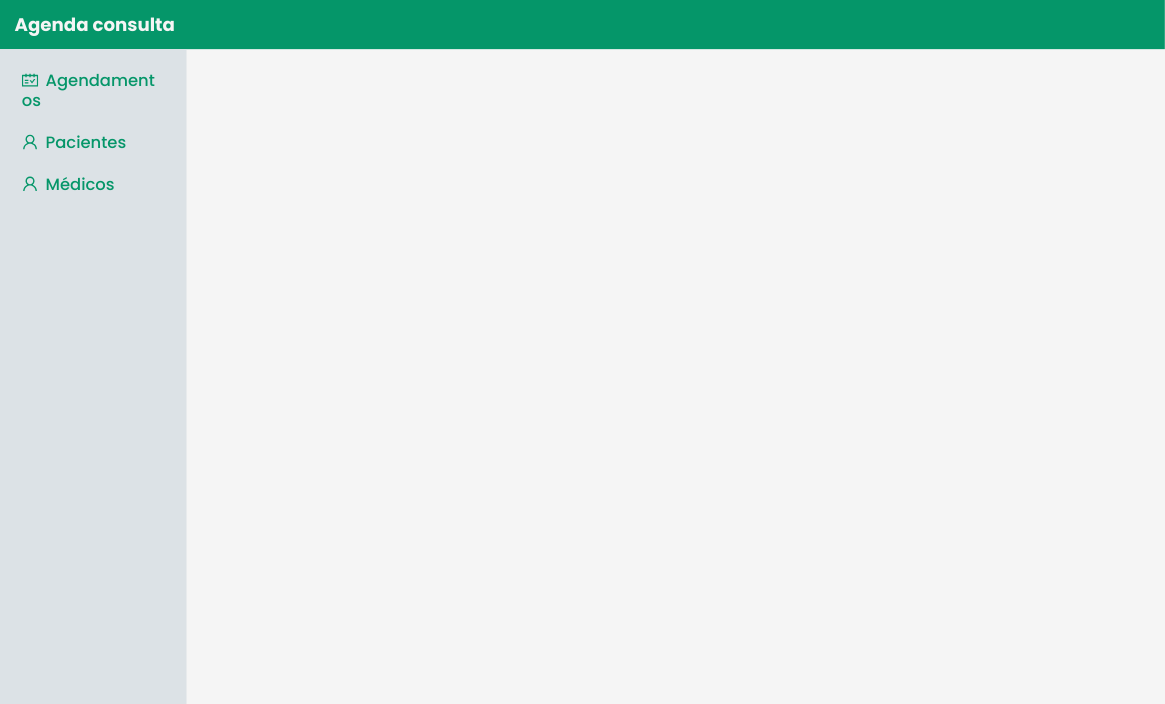
Repository: BarbaraCD/agendaconsulta
Page: /
An editor plug-in stored every save of this project. The page is shown before and after the next save, followed by the edit.
The browser window is 1280 px wide. The pictures show the whole page, at 91% of full size.
The project was rebuilt for these pictures with package versions that can differ from the ones it lists, and the page was loaded fresh each time. Also part of the build but not shown: vite.config.ts, src/styles/StyleList.ts, src/components/Doctors.tsx, src/services/ApiConfig.ts, src/services/doctor.services.ts, src/styles/InputContainer.ts, src/components/InputDoctors.tsx, src/components/SubmitButton.tsx and 10 more.

Above is the page before, as saved 2023-08-11 14:15:03.

### index.html
<!DOCTYPE html>
<html lang="en">
  <head>
    <meta charset="UTF-8" />
    <link rel="icon" type="image/svg+xml" href="/vite.svg" />
    <meta name="viewport" content="width=device-width, initial-scale=1.0" />

    <link rel="preconnect" href="https://fonts.googleapis.com">
    <link rel="preconnect" href="https://fonts.gstatic.com" crossorigin>
    <link href="https://fonts.googleapis.com/css2?family=Poppins:wght@400;500;700&display=swap" rel="stylesheet">

    <title>Agendamento de Consulta</title>
  </head>
  <body>
    <div id="root"></div>
    <script type="module" src="/src/main.tsx"></script>
  </body>
</html>

### src/main.tsx
/* eslint-disable @typescript-eslint/no-non-null-assertion */
import React from 'react'
import ReactDOM from 'react-dom/client'
import { ThemeProvider } from 'styled-components'
import GlobalStyle, { Container, Content } from './styles/global'
import { theme } from './styles/Theme.ts'
import App from './App.tsx'
import { Routes } from './routes/index.tsx'
import { Header } from './components/Header.tsx'
import { Provider } from 'react-redux'
import store from './store/index.ts'
import { BrowserRouter } from 'react-router-dom'

ReactDOM.createRoot(document.getElementById('root')!).render(
  <React.StrictMode>
    <Provider store={store}>
      <ThemeProvider theme={theme}>
        <GlobalStyle />
        <BrowserRouter>
          <Header />
          <Container>
            <App />
            <Content>
              <Routes />
            </Content>
          </Container>
        </BrowserRouter>
      </ThemeProvider>
    </Provider>
  </React.StrictMode>,
)

### src/styles/global.ts
import styled, { createGlobalStyle } from 'styled-components'

export default createGlobalStyle`
  *{
    margin: 0;
    padding: 0;
    box-sizing: border-box;

  }
  body{
    height: 100%;
    font-family: 'Poppins', sans-serif;
    background: ${(props) => props.theme.colors.white};
    font-size: ${(props) => props.theme.size.xl};
  }
`

export const Container = styled.div`
  display: flex;
`

export const SidebarGlobal = styled.div`
  width: 16%;
`

export const Content = styled.div`
  flex: 1;
  margin: 0 16px;
`

### src/styles/Theme.ts
export const theme = {
  colors: {
    primary: '#059669',
    head: '#059669B3',
    100: '#E4FFE1',

    sbcolor: '#DCE2E6',
    gray: '#41414D',
    black: '#000',
    white: '#f5f5f5',
  },

  size: {
    sm: '14px',
    md: '16px',
    lg: '18px',
    xl: '20px',
    xxl: '24px',
  },
}

### src/App.tsx
import { SidebarGlobal } from './styles/global'
import { Sidebar } from './components/Sidebar'

export default function App() {
  return (
    <SidebarGlobal>
      <Sidebar />
    </SidebarGlobal>
  )
}

### src/routes/index.tsx
import { AppRoutes } from './app.routes'

export function Routes() {
  return (
    <>
      <AppRoutes />
    </>
  )
}

### src/components/Header.tsx
import { styled } from 'styled-components'

const Container = styled.div`
  background-color: ${(props) => props.theme.colors.primary};
  padding: 12px 16px;
  flex: 1;
  min-width: 80px;
  color: ${(props) => props.theme.colors.white};
  font-weight: 700;
  a {
    text-decoration: none;
    color: ${(props) => props.theme.colors.white};
    word-break: normal;
  }
`

export function Header() {
  return (
    <Container>
      <a href="/">Agenda consulta</a>
    </Container>
  )
}

### src/store/index.ts
import { configureStore, ThunkAction, Action } from '@reduxjs/toolkit'
import appointmentReducer from '../features/appointments/appointmentsSlice'

const store = configureStore({
  reducer: {
    appointment: appointmentReducer,
  },
})

export type RootState = ReturnType<typeof store.getState>
export type AppThunk<ReturnType = void> = ThunkAction<
  ReturnType,
  RootState,
  unknown,
  Action<string>
>

export default store

### src/components/Sidebar.tsx
import { ScheduleOutlined, UserOutlined } from '@ant-design/icons'
import { StyledSidebar, StyledList } from '../styles/SidebarStyled'
import { Link } from 'react-router-dom'

export function Sidebar() {
  return (
    <StyledSidebar>
      <StyledList>
        <li>
          <ScheduleOutlined style={{ color: '#059669' }} />
          <Link to="/appointments/new">Agendamentos</Link>
        </li>
        <li>
          <UserOutlined style={{ color: '#059669' }} />
          <Link to="/patients">Pacientes</Link>
        </li>
        <li>
          <UserOutlined style={{ color: '#059669' }} />
          <Link to="/doctors">Médicos</Link>
        </li>
      </StyledList>
    </StyledSidebar>
  )
}

### src/routes/app.routes.tsx
import { Routes, Route } from 'react-router-dom'

import { CreateDoctor } from '../components/CreateDoctor'
import { CreatePatient } from '../components/CreatePatient'
import { App } from 'antd'
import { AppointmentsCalendar } from '../components/Calendar'
import { CreateAppointments } from '../components/Appointments'

export function AppRoutes() {
  return (
    <Routes>
      <Route path="/" element={<App />} />
      <Route path="/patients" element={<CreatePatient />} />
      <Route path="/doctors" element={<CreateDoctor />} />
      <Route path="/appointments/new" element={<CreateAppointments />} />
      <Route path="/appointments/:id/edit" element={<CreateAppointments />} />
      <Route path="/appointments/calendar" element={<AppointmentsCalendar />} />
    </Routes>
  )
}

### src/features/appointments/appointmentsSlice.ts
import { createSlice, PayloadAction, CaseReducer } from '@reduxjs/toolkit'
import { AppointmentsProps } from '../../components/Appointments'

interface AppointmentState {
  appointments: AppointmentsProps[]
}

const initialState: AppointmentState = {
  appointments: [],
}

const appointmentSlice = createSlice({
  name: 'appointment',
  initialState,
  reducers: {
    addAppointment: (state, action: PayloadAction<AppointmentsProps>) => {
      state.appointments.push(action.payload)
    },
  },
})

export const { addAppointment } = appointmentSlice.actions

export type AppointmentAction = ReturnType<
  CaseReducer<typeof appointmentSlice.reducer>
>

export default appointmentSlice.reducer

### src/styles/SidebarStyled.ts
import styled from 'styled-components'

export const StyledSidebar = styled.div`
  display: flex;
  flex-direction: column;
  background-color: ${(props) => props.theme.colors.sbcolor};
  color: ${(props) => props.theme.colors.black};
  font-size: ${(props) => props.theme.size.lg};
  font-weight: 500;
  justify-content: flex-start;
  align-items: flex-start;
  overflow: auto;
  height: 100vh;

  @media (max-width: 768px) {
    width: 100%;
    height: 500vh;
  }
`

export const StyledList = styled.ul`
  list-style: none;
  padding: 12px;

  li {
    cursor: pointer;
    padding: 12px;
    line-height: 22px;
  }

  a {
    text-decoration: none;
    color: ${(props) => props.theme.colors.primary};
    margin: 8px;
    word-break: break-all;
  }
`

After the next save:
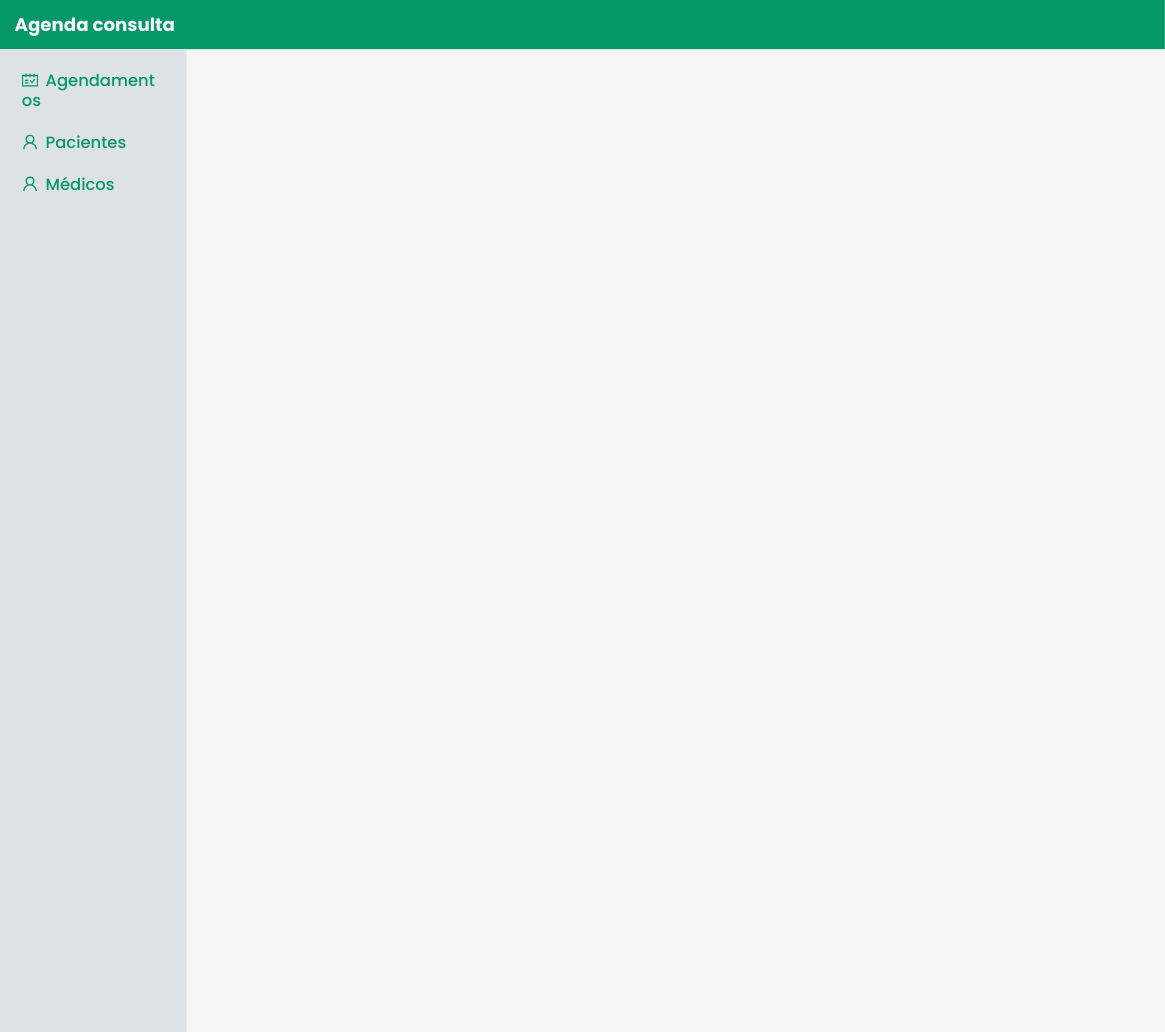
Saved 16 s later.
--- a/src/styles/SidebarStyled.ts
+++ b/src/styles/SidebarStyled.ts
@@ -10,7 +10,7 @@ export const StyledSidebar = styled.div`
   justify-content: flex-start;
   align-items: flex-start;
   overflow: auto;
-  height: 100vh;
+  height: 150vh;
 
   @media (max-width: 768px) {
     width: 100%;
